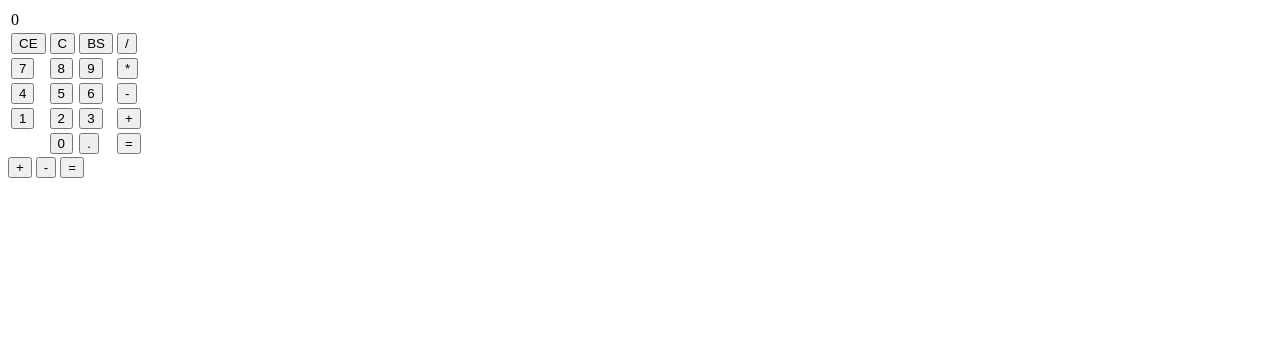
Repository: jocod98/servlet-jsp
Page: JSPPrj/src/main/webapps/calc3.html
The author's editor kept a copy of each file at every save. The page is drawn from the files as they stood at one save, then again after the next save.
The browser window is 1280 px wide. The pictures show the whole page.

Above is the page before, as saved 2023-01-10 08:43:06.

### JSPPrj/src/main/webapps/calc3.html
<!DOCTYPE html>
<html>
<head>
<meta charset="UTF-8">
<title>Insert title here</title>
</head>
<body>
<div>
	<form action = "calc3" method = "post">
	<table>
		<tr>
			<td colspan = "4">0</td>
		</tr>
		<tr>
			<td><input type = "submit" name = "operator" value ="CE" /> </td>
			<td><input type = "submit" name = "operator" value ="C" /> </td>
			<td><input type = "submit" name = "operator" value ="BS" /> </td>
			<td><input type = "submit" name = "operator" value ="/" /> </td>
		</tr>
		<tr>
			<td><input type = "submit" name = "operator" value ="7" /> </td>
			<td><input type = "submit" name = "operator" value ="8" /> </td>
			<td><input type = "submit" name = "operator" value ="9" /> </td>
			<td><input type = "submit" name = "operator" value ="*" /> </td>
		</tr>
		<tr>
			<td><input type = "submit" name = "operator" value ="4" /> </td>
			<td><input type = "submit" name = "operator" value ="5" /> </td>
			<td><input type = "submit" name = "operator" value ="6" /> </td>
			<td><input type = "submit" name = "operator" value ="-" /> </td>
		</tr>
		<tr>
			<td><input type = "submit" name = "operator" value ="1" /> </td>
			<td><input type = "submit" name = "operator" value ="2" /> </td>
			<td><input type = "submit" name = "operator" value ="3" /> </td>
			<td><input type = "submit" name = "operator" value ="+" /> </td>
		</tr>
		<tr>
			<td></td>
			<td><input type = "submit" name = "operator" value ="0" /> </td>
			<td><input type = "submit" name = "operator" value ="." /> </td>
			<td><input type = "submit" name = "operator" value ="=" /> </td>
		</tr>

	</table>
	<div>
		<input type = "submit" name = "operator" value ="+" />
		<input type = "submit" name = "operator" value ="-" />
		<input type = "submit" name = "operator" value ="=" />
	</div>
	</form>
</div>
</body>
</html>

After the next save:
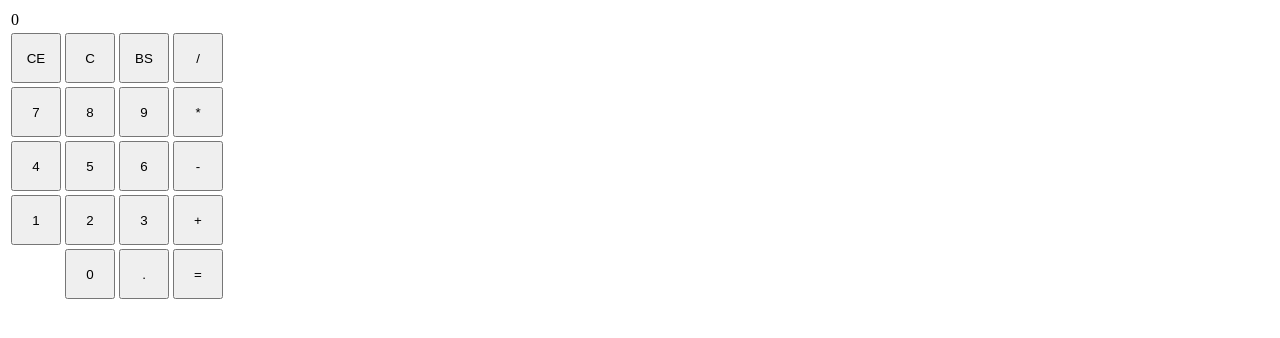
Saved 72 s later.
--- a/JSPPrj/src/main/webapps/calc3.html
+++ b/JSPPrj/src/main/webapps/calc3.html
@@ -3,6 +3,11 @@
 <head>
 <meta charset="UTF-8">
 <title>Insert title here</title>
+<style>
+input {
+width :50px;
+height: 50px;}
+</style>
 </head>
 <body>
 <div>
@@ -43,11 +48,7 @@
 		</tr>
 
 	</table>
-	<div>
-		<input type = "submit" name = "operator" value ="+" />
-		<input type = "submit" name = "operator" value ="-" />
-		<input type = "submit" name = "operator" value ="=" />
-	</div>
+
 	</form>
 </div>
 </body>
